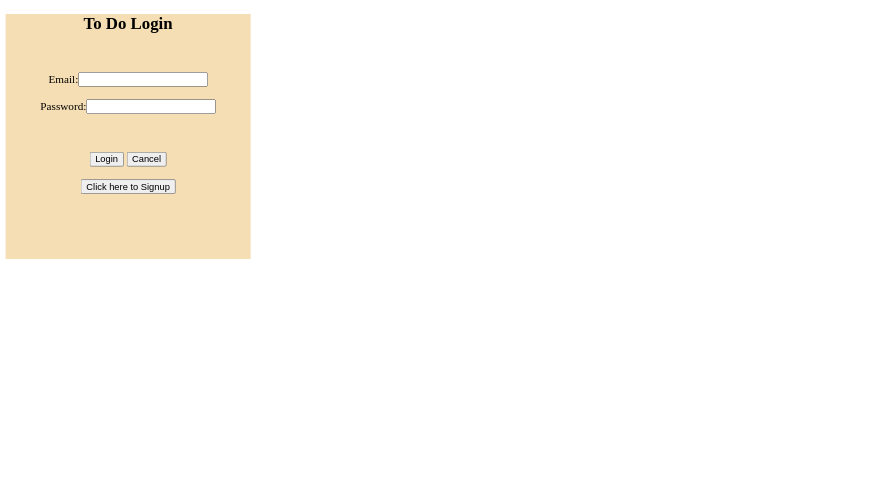
Repository: Spurthiv/todoapp
Page: Servlet_todo_app/src/main/webapp/Login.html
The author's editor kept a copy of each file at every save. The page is drawn from the files as they stood at one save, then again after the next save.
The browser window is 1280 px wide. The pictures show the part of the page from y = 0 to 1920 px (the page is 720 px tall before and 3228 px after), at 70% of full size.

Above is the page before, as saved 2023-11-22 07:37:43.

After the next save:
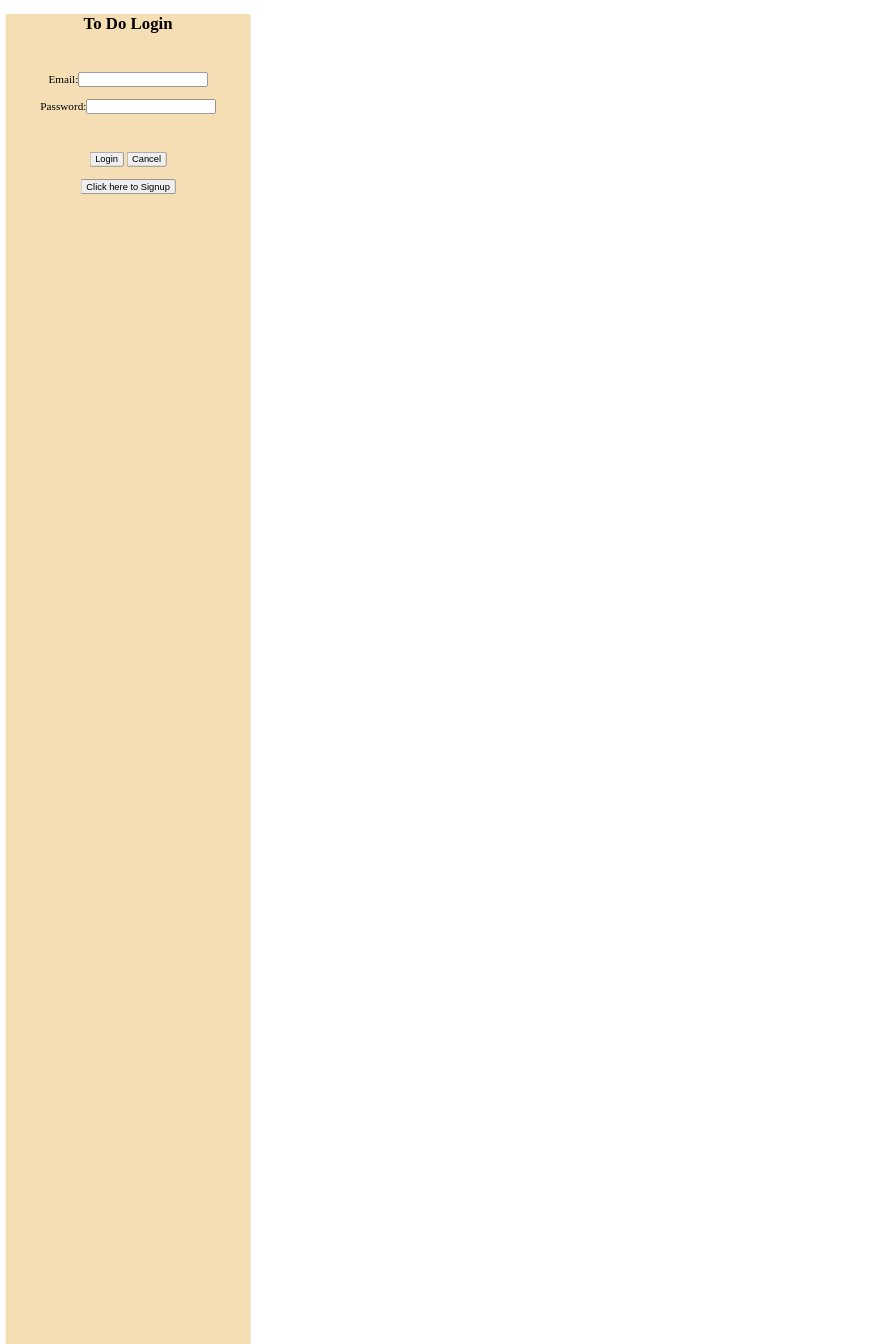
Saved 41 s later.
--- a/Servlet_todo_app/src/main/webapp/Login.html
+++ b/Servlet_todo_app/src/main/webapp/Login.html
@@ -6,7 +6,7 @@
 </head>
     <style>
         form {
-            height: 350px;
+            height: 3200px;
             width: 350px;
             background-color: wheat;
             text-decoration-color: blueviolet;
